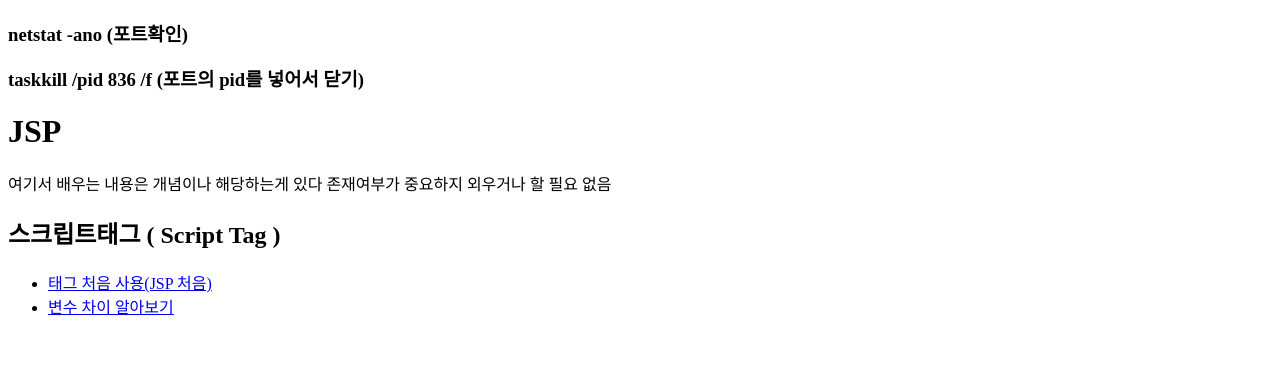
Repository: kvmhyvmvn/Study_JspServlet
Page: WorkSpace/03.Tag/src/main/webapp/index.html
An editor plug-in stored every save of this project. The page is shown before and after the next save, followed by the edit.
The browser window is 1280 px wide. The pictures show the whole page.

Above is the page before, as saved 2023-05-19 01:43:08.

After the next save:
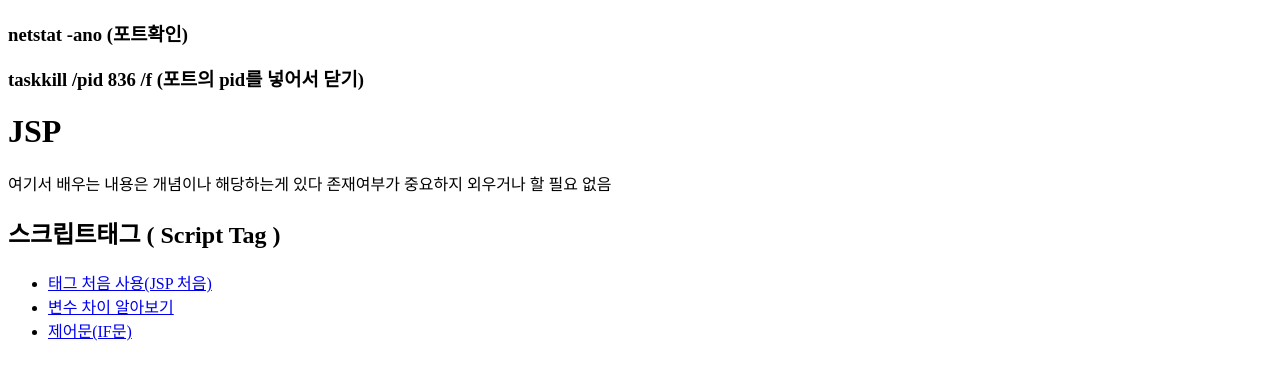
Saved 92 s later.
--- a/WorkSpace/03.Tag/src/main/webapp/index.html
+++ b/WorkSpace/03.Tag/src/main/webapp/index.html
@@ -15,6 +15,7 @@
 	<ul>
 		<li><a href="01.Script/Ex00Into.jsp">태그 처음 사용(JSP 처음)</a></li>
 		<li><a href="01.Script/Ex01Var.jsp">변수 차이 알아보기</a></li>
+		<li><a href="01.Script/Ex02If.jsp">제어문(IF문)</a></li>
 	</ul>
 </body>
 </html>
